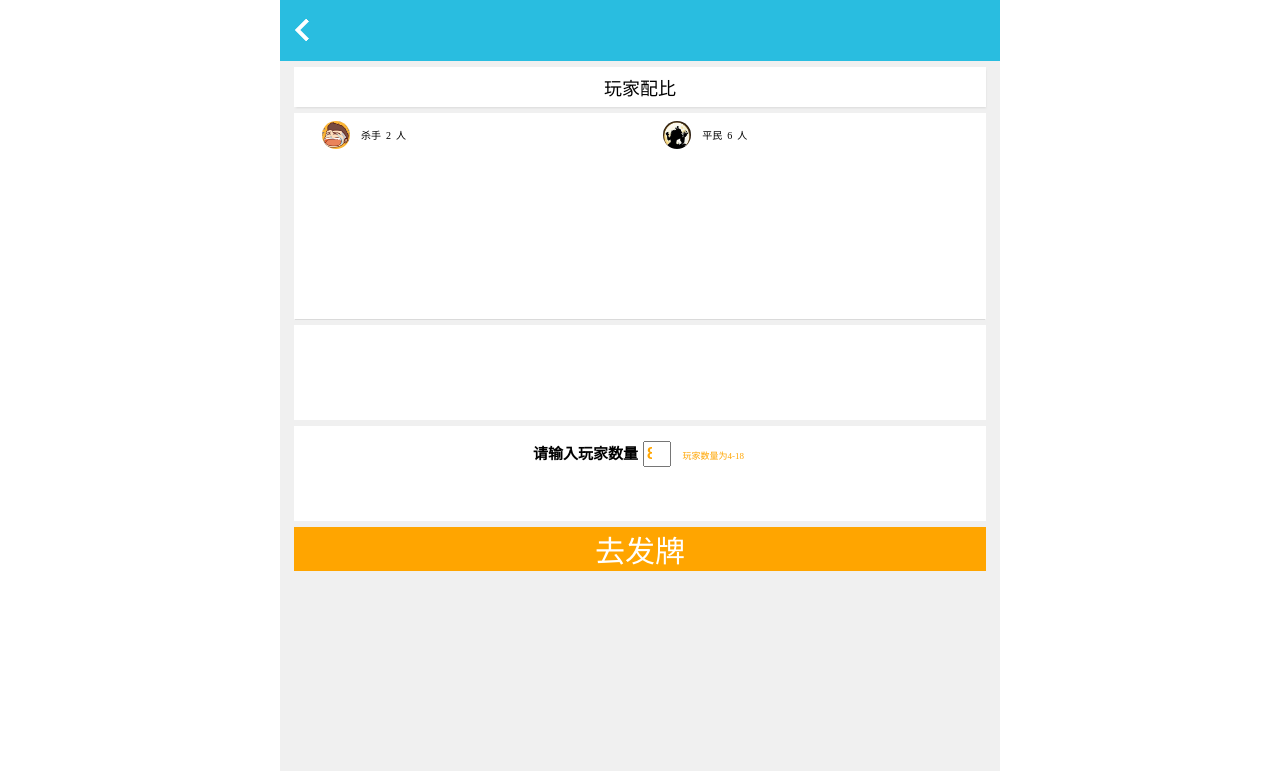
Repository: leozhangpd/My-Codes
Page: JS/two-project/deploy_page.html
These files come from the project's save history. The page is drawn as it stood at one moment and after the next save; the edit follows.
The browser window is 1280 px wide. The pictures show the whole page.

Above is the page before, as saved 2020-11-09 17:47:04.

### JS/two-project/deploy_page.html
<!DOCTYPE html>
<html lang="en">
    <head>
        <meta charset="UTF-8">
        <meta name="viewport" content="width=device-width,initial-scale=1.0,maximum-scale=1.0,user-scalable=0" />
        <link rel="stylesheet" href="css/deploy_page.css" type="text/css">
        <title>匹配</title>
    </head>
    <body>
        <header>
            <a href='home_page.html'></a>
        </header>
        <main>
            <div class="title">玩家配比</div>
            <ul class="list">
                <li>
                    <img src="images/footman.png">
                    <span>杀手&nbsp;&nbsp;2&nbsp;&nbsp;人</span>
                </li>
                <li>
                    <img src="images/wolf.png">
                    <span>平民&nbsp;&nbsp;6&nbsp;&nbsp;人</span>
                </li>
            </ul>
            <div class="work-group"></div>
            <div class="player-number">
                <span>请输入玩家数量</span>&nbsp;
                <input type="number" value="8">&nbsp;&nbsp;
                <span>玩家数量为4-18</span>
            </div>
            <botton id="btn">去发牌</botton>
        </main>
        <footer></footer>
    </body>
</html>

### JS/two-project/css/deploy_page.css
ul{
    list-style-type: none;
    margin: 0;padding: 0;
}
button{
    outline: none;
    border:none;
}
html{
    font-size: 62.5%;
    background: #fff;
    height: 100vh;
}
body{
    height: 100%;
    margin:0 auto;
    padding-bottom: 4%;
    max-width: 720px;
    min-width: 320px;
    background: #f0f0f0;
}
header{
    padding: 3% 5% 3% 2.5%;
    background-color: #29bde0;
}
header>a{
    display: inline-block;
    padding: 8px;
    box-shadow: inset 4px -4px 0 0 #ffffff;
    transform: rotate(45deg);
}
header>button div{
    margin-top: .5rem;
    height: .3rem;
    background-color: #fff;
}
main{
    margin:0 auto;
    width: 96%;
}
main>*{background-color: #fff;}
.title{
    padding: .7rem 0;
    margin: .6rem 0;
    text-align: center;
    font-size: 1.8rem;
    font-weight: 540;
    box-shadow: 1px 2px 2px -1px rgb(218, 218, 218);
}
.list{
    min-height: 19rem;
    padding: 8px 0;
    box-shadow: 0 2px 0 -1px rgb(218, 218, 218);
}
.list>li{
    display: inline-block;
    width: 45%;
    margin-left: 4%;
}
.list img{
    float: left;
    width: 28px;
    border-radius: 50%;
}
.list>li>span{
    display: block;
    padding: 6px 0 0 39px;
}
.work-group,
.player-number{
    margin: .6rem 0;
    padding: 1.5rem 3rem;
    min-height: 6.5rem;
    text-align: center;
}
.player-number>span:nth-child(1),
.player-number>input{
    font-size: 1.5rem;
    font-weight: bold;
}
.player-number>input{
    font-size: 1.6rem;
    width: 2rem;
    height: 2rem;
    text-align: center;
}
.player-number>input,
.player-number>span:nth-of-type(2){
    color: orange;
}
.player-number>span:nth-of-type(2){
    display: inline-block;
    transform: scale(0.9);
}
#btn{
    display: inline-block;
    width: 100%;
    margin-top: ;
    text-align: center;
    font-size: 3rem;
    color: white;
    background: orange;
}

After the next save:
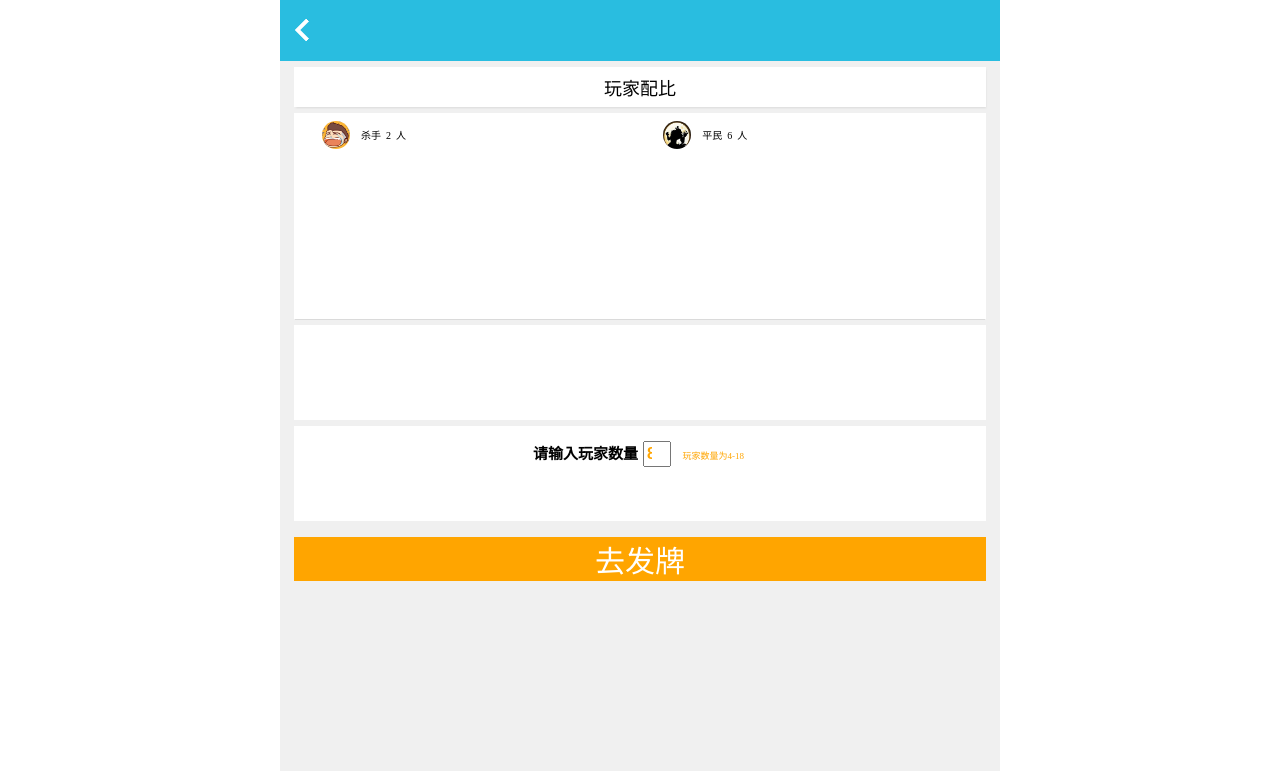
Saved 6 s later.
--- a/JS/two-project/css/deploy_page.css
+++ b/JS/two-project/css/deploy_page.css
@@ -95,7 +95,7 @@ main>*{background-color: #fff;}
 #btn{
     display: inline-block;
     width: 100%;
-    margin-top: ;
+    margin-top: 10px;
     text-align: center;
     font-size: 3rem;
     color: white;
